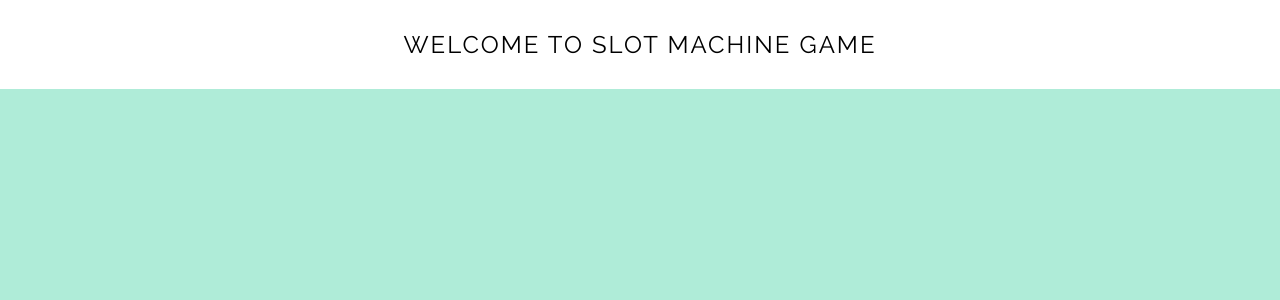
Repository: duggallakshya/slotMachineReact
Page: /
An editor plug-in stored every save of this project. The page is shown before and after the next save, followed by the edit.
The browser window is 1280 px wide. The pictures show the whole page.
The project was rebuilt for these pictures with package versions that can differ from the ones it lists, and the page was loaded fresh each time.

Above is the page before, as saved 2022-03-22 21:25:04.

After the next save:
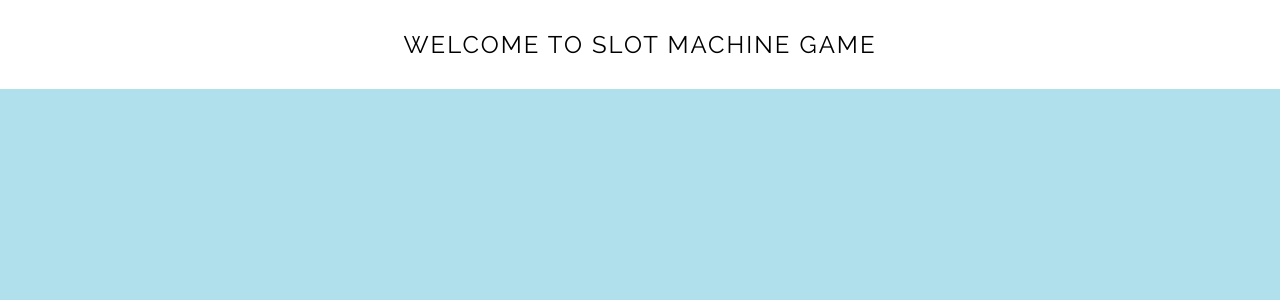
Saved 15 s later.
--- a/src/index.css
+++ b/src/index.css
@@ -1,6 +1,6 @@
 @import url('https://fonts.googleapis.com/css2?family=Raleway&display=swap');
 body{
-  background-color: rgb(175, 236, 216);
+  background-color: rgb(175, 224, 236);
   margin: 0;
   padding: 0;
 
